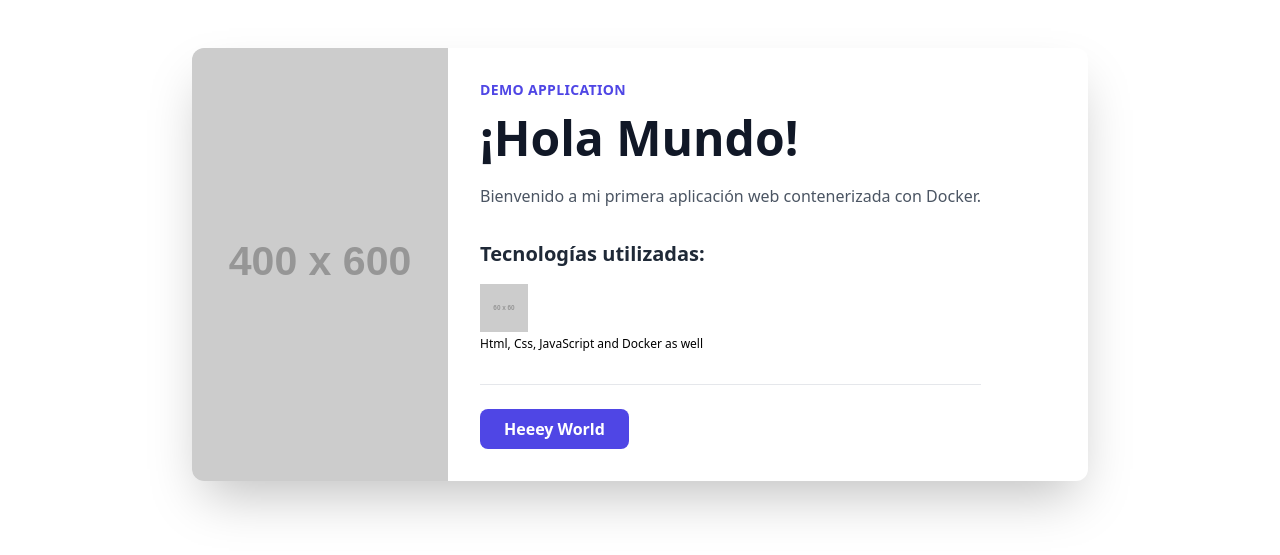
Repository: Deniz78y1966/s13electiva2
Page: index.html
The author's editor kept a copy of each file at every save. The page is drawn from the files as they stood at one save, then again after the next save.
The browser window is 1280 px wide. The pictures show the whole page.
Some web libraries are served in a nearby version.

Above is the page before, as saved 2025-08-19 22:38:58.

After the next save:
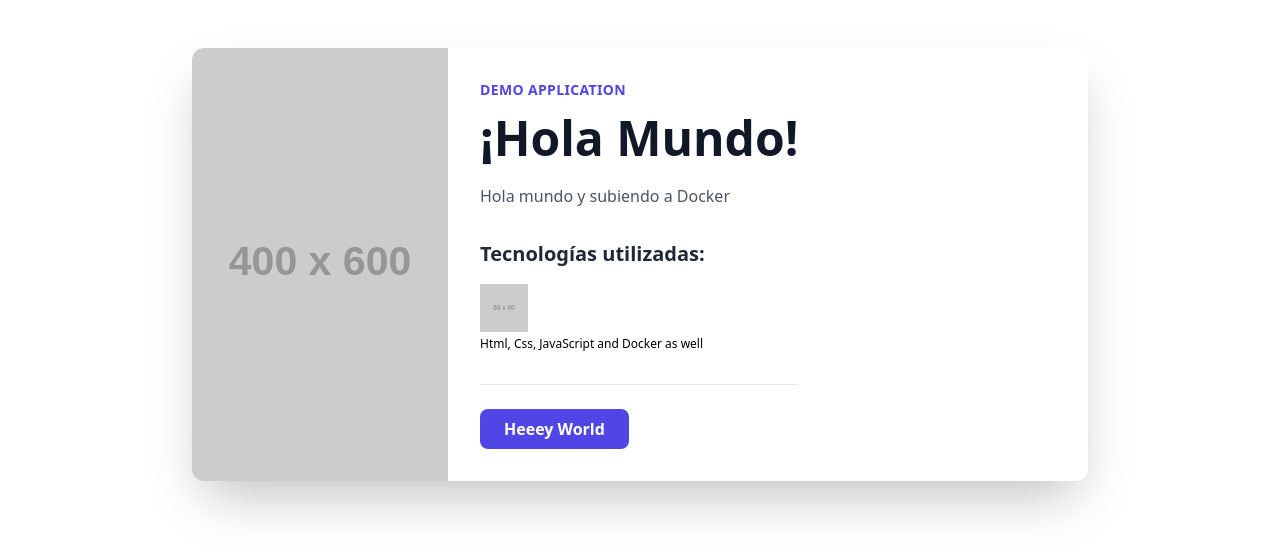
Saved 61 s later.
--- a/index.html
+++ b/index.html
@@ -24,8 +24,7 @@
                 <div class="p-8">
                     <div class="uppercase tracking-wide text-sm text-indigo-600 font-semibold mb-1">Demo Application</div>
                     <h1 class="greeting text-5xl font-bold text-gray-900 leading-tight mt-2">¡Hola Mundo!</h1>
-                    <p class="mt-4 text-gray-600">Bienvenido a mi primera aplicación web contenerizada con Docker.</p>
-
+                    <p class="mt-4 text-gray-600">Hola mundo y subiendo a Docker</p>
                     <div class="mt-8">
                         <h3 class="text-xl font-semibold text-gray-800">Tecnologías utilizadas:</h3>
                         <div class="flex space-x-6 mt-4">
